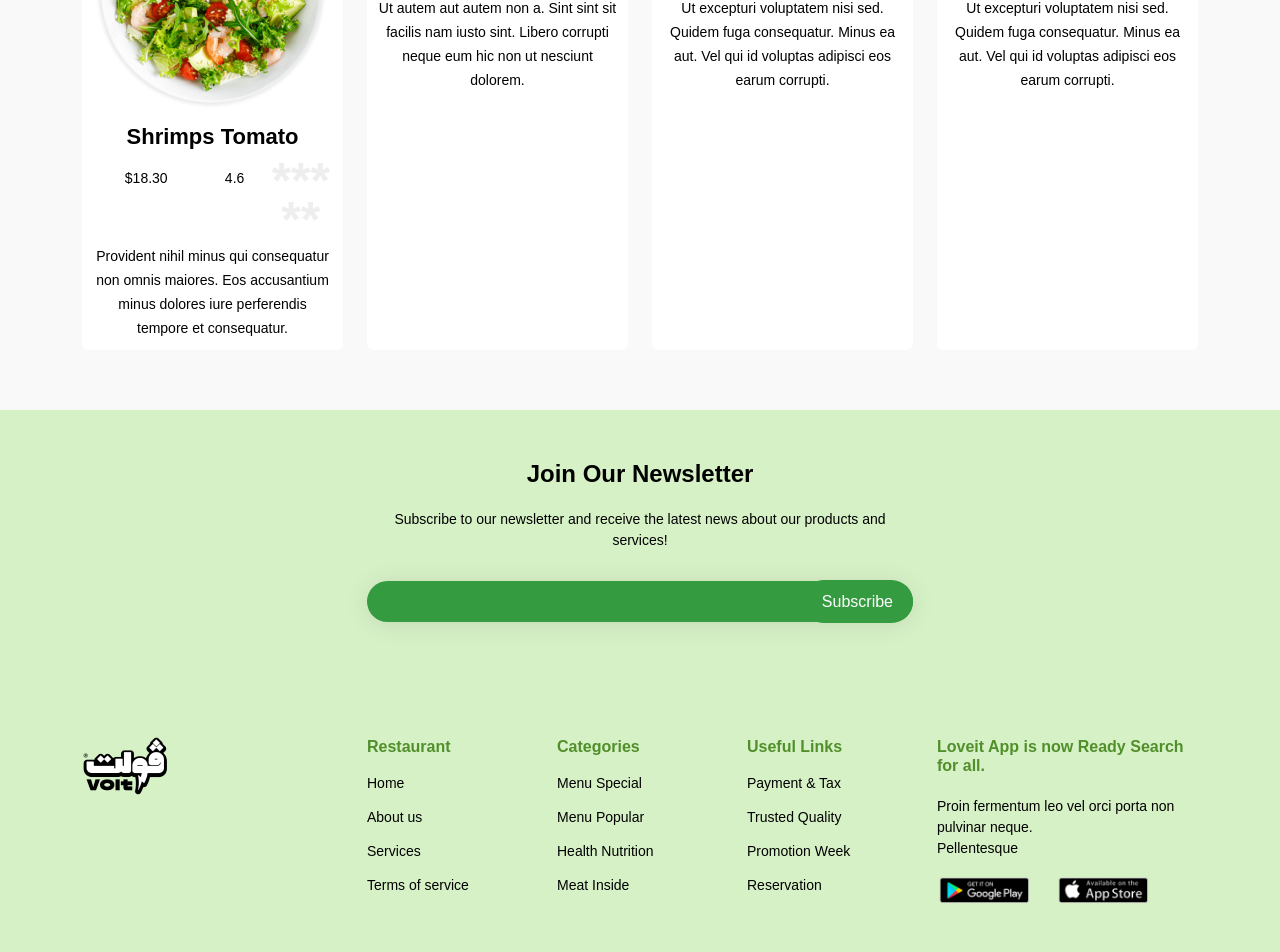
Repository: junivig/volt-new-project
Page: index.html
An editor plug-in stored every save of this project. The page is shown before and after the next save, followed by the edit.
The browser window is 1280 px wide. The pictures show the part of the page from y = 2183 to 3135 px (the page is 3181 px tall before and 3085 px after).

Above is the page before, as saved 2025-01-30 12:34:37.

### index.html
<!DOCTYPE html>
<html lang="en">

<head>
  <meta charset="utf-8">
  <meta content="width=device-width, initial-scale=1.0" name="viewport">
  <title>index - Voltfood</title>
  <meta name="description" content="">
  <meta name="keywords" content="">

  <!-- Favicons -->
  <link href="assets/img/favicon.png" rel="icon">
  <link href="assets/img/apple-touch-icon.png" rel="apple-touch-icon">

  <!-- Fonts -->
  <link href="https://fonts.googleapis.com" rel="preconnect">
  <link href="https://fonts.gstatic.com" rel="preconnect" crossorigin>
  <link href="https://fonts.googleapis.com/css2?family=Roboto:ital,wght@0,100;0,300;0,400;0,500;0,700;0,900;1,100;1,300;1,400;1,500;1,700;1,900&family=Raleway:ital,wght@0,100;0,200;0,300;0,400;0,500;0,600;0,700;0,800;0,900;1,100;1,200;1,300;1,400;1,500;1,600;1,700;1,800;1,900&family=Ubuntu:ital,wght@0,300;0,400;0,500;0,700;1,300;1,400;1,500;1,700&display=swap" rel="stylesheet">

  <!-- Vendor CSS Files -->
  <link href="assets/vendor/bootstrap/css/bootstrap.min.css" rel="stylesheet">
  <link href="assets/vendor/bootstrap-icons/bootstrap-icons.css" rel="stylesheet">
  <link href="assets/vendor/aos/aos.css" rel="stylesheet">
  <link href="assets/vendor/glightbox/css/glightbox.min.css" rel="stylesheet">
  <link href="assets/vendor/swiper/swiper-bundle.min.css" rel="stylesheet">

  <!-- Main CSS File -->
  <link href="assets/css/main.css" rel="stylesheet">

  <!-- =======================================================
  * Template Name: eNno
  * Template URL: https://bootstrapmade.com/enno-free-simple-bootstrap-template/
  * Updated: Aug 07 2024 with Bootstrap v5.3.3
  * Author: BootstrapMade.com
  * License: https://bootstrapmade.com/license/
  ======================================================== -->
</head>

<body class="index-page">

  <header id="header" class="header ">
    <div class="container-fluid  top-header">
      <div class="container-xl">
          <div class="row align-items-center">
              <div class="col-md-8 d-flex align-items-center">
                <nav id="navmenu" class="navmenu">
                  <ul>
                <li class="">
                  <img src="assets/img/location-icon.png" alt="Location Icon" class="icon-right">
                  <span class="top-header-text">Address, Fox 99 Roving St, Big City PKU</span>
              </li>
                <li class="">
                  <img src="assets/img/email-icon.png" alt="Email Icon" class="icon-right">
                  <span class="top-header-text">hello@awesomesite.com</span>
              </li>
              <li class="">
                <img src="assets/img/phone-icon.png" alt="Phone Icon" class="icon-right">
                <span class="top-header-text">+123-234-1234</span>
            </li>
                  </ul>
                </nav>
              </div>
              <div class="col-md-4 text-end">
                  <a href="#" >Register</a>
                  <a href="#">Login</a>
              </div>
          </div>
        </div>
  </div>
    <div class="container-fluid container-xl position-relative d-flex align-items-center">

      <a href="index.html" class="logo d-flex align-items-center me-auto">

        <img src="assets/img/logo.png" alt="Logo Image">
      </a>

      <nav id="navmenu" class="navmenu">
        <ul>
          <li><a href="#hero" class="active">HOMEPAGE</a></li>
          <li><a href="#about">ABOUT US</a></li>
          <li><a href="#services">MENU</a></li>
          <li><a href="#portfolio">MY ACCOUNT</a></li>
          <li><a href="#team">MY CART</a></li>
          <!-- <li class="dropdown"><a href="#"><span>Dropdown</span> <i class="bi bi-chevron-down toggle-dropdown"></i></a>
            <ul>
              <li><a href="#">Dropdown 1</a></li>
              <li class="dropdown"><a href="#"><span>Deep Dropdown</span> <i class="bi bi-chevron-down toggle-dropdown"></i></a>
                <ul>
                  <li><a href="#">Deep Dropdown 1</a></li>
                  <li><a href="#">Deep Dropdown 2</a></li>
                  <li><a href="#">Deep Dropdown 3</a></li>
                  <li><a href="#">Deep Dropdown 4</a></li>
                  <li><a href="#">Deep Dropdown 5</a></li>
                </ul>
              </li>
              <li><a href="#">Dropdown 2</a></li>
              <li><a href="#">Dropdown 3</a></li>
              <li><a href="#">Dropdown 4</a></li>
            </ul>
          </li> -->
        </ul>
        <i class="mobile-nav-toggle d-xl-none bi bi-list"></i>
      </nav>

      <!-- <a class="btn-getstarted" href="index.html#about">Get Started</a> -->

    </div>
  </header>

  <main class="main">

    <!-- Hero Section -->
    <section id="hero" class="hero section bg-image">

      <div class="container">
        <div class="row ">
          <div class="col-lg-6 order-2 order-lg-1 d-flex flex-column justify-content-center" data-aos="fade-up">
            <h1>Discover Food Taste Our <span class="secondary-color">Best</span> Healthy & Tasty.</h1>
            <p>Discover food taste our best integer enim neque volutpat ac morbi
              enim faucibus amet consectetur adipiscing tempus pharetra.</p>
            <div class="d-flex">
              <a href="#about" class="btn-get-started">DISCOVER NOW</a>
              <a href="https://www.youtube.com/watch?v=Y7f98aduVJ8" class="glightbox btn-watch-video d-flex align-items-center"><i class="bi bi-play-circle"></i></a>
            </div>
          </div>
          <div class="col-lg-6 order-1 order-lg-2 hero-img" data-aos="zoom-out" data-aos-delay="100">
            <img src="assets/img/hero-img.png" class="img-fluid " alt="">
          </div>
        </div>
      </div>

    </section><!-- /Hero Section -->

   <!-- Featured Services Section -->
   <section id="featured-services" class="featured-services section ">

    <div class="container">

      <div class="row gy-4">

        <div class="col-lg-4 d-flex" data-aos="fade-up" data-aos-delay="100">
          <div class="service-item position-relative">
            <div class="row">
              <div class="col-lg-6 col-md-6 col-sm-6">
                <p class="features-text">UP TO 35%</p>
                <h4 class="features-heading mt-3">Vegetable & Benefit</h4>
                <div class="icon"><img src="assets/img/button-icon.png" alt="Location Icon" class="icon-right">
                  <span class="features-button-text">READ MORE</span>
                </div>
              </div>
              <div class="col-lg-6 col-md-6 col-sm-6">
                <img src="assets/img/feature-icon-one.png" class="img-fluid " alt="">
              </div>
            </div>
          </div>
        </div><!-- End Service Item -->

        <div class="col-lg-4 d-flex" data-aos="fade-up" data-aos-delay="200">
          <div class="service-item-two position-relative">
            <div class="row">
              <div class="col-lg-6 col-md-6 col-sm-6">
                <p class="features-text">ORGANIC FARM</p>
                <h4 class="features-heading mt-3">Change Fruit Plan</h4>
                <div class="icon"><img src="assets/img/button-icon.png" alt="Location Icon" class="icon-right">
                  <span class="features-button-text">READ MORE</span>
                </div>
              </div>
              <div class="col-lg-6 col-md-6 col-sm-6">
                <img src="assets/img/feature-icon-two.png" class="img-fluid " alt="">
              </div>
            </div>
          </div>
        </div><!-- End Service Item -->

        <div class="col-lg-4 d-flex" data-aos="fade-up" data-aos-delay="300">
          <div class="service-item-three position-relative">
            <div class="row">
              <div class="col-lg-6 col-md-6 col-sm-6">
                <p class="features-text">MEAT TIME</p>
                <h4 class="features-heading mt-3">Totally Meat Inside</h4>
                <div class="icon"><img src="assets/img/button-icon.png" alt="Location Icon" class="icon-right">
                  <span class="features-button-text">READ MORE</span>
                </div>
              </div>
              <div class="col-lg-6 col-md-6 col-sm-6">
                <img src="assets/img/feature-icon-three.png" class="img-fluid " alt="">
              </div>
            </div>
          </div>
        </div><!-- End Service Item -->

      </div>

    </div>

    <div class="container mt-5 inner-features">
      <div class="row gy-4">
        <div class="col-lg-3 d-flex" data-aos="fade-up" data-aos-delay="100">
          <div class="service-item-inner position-relative">
            <div class="row">
              <div class="col-lg-3 col-md-3 col-sm-3">
                <img src="assets/img/inner-features-icon-one.png" class="img-fluid " alt="">
                </div>
              <div class="col-lg-9 col-md-9 col-sm-9">
                <h4 class="features-inner-heading">Organic Farm</h4>
                <p class="features-inner-text">Product Fresh Veggies</p>
              </div>
            </div>
          </div>
        </div><!-- End Service Item -->

        <div class="col-lg-3 d-flex" data-aos="fade-up" data-aos-delay="200">
          <div class="service-item-inner-two position-relative">
            <div class="row">
              <div class="col-lg-3 col-md-3 col-sm-3">
                <img src="assets/img/inner-features-icon-two.png" class="img-fluid " alt="">
                </div>
              <div class="col-lg-9 col-md-9 col-sm-9">
                <h4 class="features-inner-heading-two">Free Delivery</h4>
                <p class="features-inner-text-two">Fast Delivery Order</p>
              </div>
            </div>
          </div>
        </div><!-- End Service Item -->

        <div class="col-lg-3 d-flex" data-aos="fade-up" data-aos-delay="300">
          <div class="service-item-inner-two position-relative">
            <div class="row">
              <div class="col-lg-3 col-md-3 col-sm-3">
                <img src="assets/img/inner-features-icon-three.png" class="img-fluid " alt="">
                </div>
              <div class="col-lg-9 col-md-9 col-sm-9">
                <h4 class="features-inner-heading-two">Promotion Week</h4>
                <p class="features-inner-text-two">Promotion and Discount</p>
              </div>
            </div>
          </div>
        </div><!-- End Service Item -->

        <div class="col-lg-3 d-flex" data-aos="fade-up" data-aos-delay="300">
          <div class="service-item-inner-two position-relative">
            <div class="row">
              <div class="col-lg-3 col-md-3 col-sm-3">
                <img src="assets/img/inner-features-icon-four.png" class="img-fluid " alt="">
                </div>
              <div class="col-lg-9 col-md-9 col-sm-9">
                <h4 class="features-inner-heading-two">Trusted & Quality</h4>
                <p class="features-inner-text-two">Best Quality Restaurant</p>
              </div>
            </div>
          </div>
        </div><!-- End Service Item -->

      </div>

    </div>

  </section>
  <!-- /Featured Services Section -->

     <!-- About Section -->
     <section id="about" class="about section bg-image">
      <div class="container">
        <div class="row ">
          <div class="col-lg-6 " data-aos="zoom-out" data-aos-delay="100">
            <img src="assets/img/about.png" class="img-fluid " alt="">
          </div>
          <div class="col-lg-6 order-2 order-lg-1 d-flex flex-column justify-content-center" data-aos="fade-up">
            <h4 class="about-us-text">About Us</h4>
            <h1>The Best Enjoyable Place Around You.</h1>
            <p>We are the best quality elementum integer enim neque volutpat ac. Morbi
              enim nunc faucibus a. Amet consectetur adipiscing elit duis tempus pharetra.</p>

              <span class="about-inner-text">Massa placerat duis ultricies lacus sed turpis tincidunt id. Interdum varius sit amet
                mattis  enim. Quis hendrerit dolor magna eget est lorem ipsum dolor. Sagittis scelerisque
                purus semper eget duis. Viverra maecenas accumsan lacus vel facilisis volutpat est.
                Ultricies lacus sed turpis tincidunt id aliquet risus feugiat in. Adipiscing elit duis tristique
                sollicitudin nibh sit. Porttitor lacus luctus accumsan tortor.</span>
            <div class="d-flex">
               <!-- Stats Section -->
    <section id="stats" class="stats section">
      <div class="container" data-aos="fade-up" data-aos-delay="100">
        <div class="row gy-4">
          <div class="col-lg-4 col-md-4 col-sm-4">
            <div class="stats-item">
              <span data-purecounter-start="0" data-purecounter-end="108" data-purecounter-duration="1" class="purecounter"></span><span>+</span>
              <p>EXPERT CHEF</p>
            </div>
          </div><!-- End Stats Item -->

          <div class="col-lg-4 col-md-4 col-sm-4">
            <div class="stats-item">
              <span data-purecounter-start="0" data-purecounter-end="140" data-purecounter-duration="1" class="purecounter"></span><span>+</span>
              <p>MENU OF FOOD</p>
            </div>
          </div><!-- End Stats Item -->

          <div class="col-lg-4 col-md-4 col-sm-4">
            <div class="stats-item">
              <span data-purecounter-start="0" data-purecounter-end="3200" data-purecounter-duration="1" class="purecounter"></span><span>+</span>
              <p>ORDER DELIVERED</p>
            </div>
          </div><!-- End Stats Item -->
        </div>

      </div>

    </section>

                </div>
            </div>
          </div>
        </div>
      </div>

    </section><!-- /About Section -->

        <!-- Services Section -->
        <section id="services" class="services section light-background">

          <!-- Section Title -->
          <div class="container section-title" data-aos="fade-up">
            <h4 class="about-us-text">Delicious Food</h4>
            <h2>Our Special Vegans Food.</h2>
          </div><!-- End Section Title -->

          <div class="container">
            <div class="row gy-4">
              <div class="col-lg-3 col-md-6" data-aos="fade-up" data-aos-delay="100">
                <div class="service-item position-relative">
                  <div class="">
                    <img src="assets/img/menu-one.png" class="img-fluid " alt="">
                  </div>
                    <h3>Shrimps Tomato</h3>
                  <div class="row mt-3">
                    <div class="col-6">
                      <p>$18.30</p>
                    </div>
                    <div class="col-2">
                      <p>4.6</p>
                    </div>
                    <div class="col-4 px-0">
                      <span class="star">***</span>
                      <span class="star">**</span>
                    </div>
                  </div>
                  <p>Provident nihil minus qui consequatur non omnis maiores. Eos accusantium minus dolores iure perferendis tempore et consequatur.</p>
                </div>
              </div><!-- End Service Item -->

              <div class="col-lg-3 col-md-6" data-aos="fade-up" data-aos-delay="200">
                <div class="service-item position-relative">
                  <div class="icon">
                    <i class="bi bi-broadcast"></i>
                  </div>
                  <a href="service-details.html" class="stretched-link">
                    <h3>Eosle Commodi</h3>
                  </a>
                  <p>Ut autem aut autem non a. Sint sint sit facilis nam iusto sint. Libero corrupti neque eum hic non ut nesciunt dolorem.</p>
                </div>
              </div><!-- End Service Item -->

              <div class="col-lg-3 col-md-6" data-aos="fade-up" data-aos-delay="300">
                <div class="service-item position-relative">
                  <div class="icon">
                    <i class="bi bi-easel"></i>
                  </div>
                  <a href="service-details.html" class="stretched-link">
                    <h3>Ledo Markt</h3>
                  </a>
                  <p>Ut excepturi voluptatem nisi sed. Quidem fuga consequatur. Minus ea aut. Vel qui id voluptas adipisci eos earum corrupti.</p>
                </div>
              </div><!-- End Service Item -->

              <div class="col-lg-3 col-md-6" data-aos="fade-up" data-aos-delay="300">
                <div class="service-item position-relative">
                  <div class="icon">
                    <i class="bi bi-easel"></i>
                  </div>
                  <a href="service-details.html" class="stretched-link">
                    <h3>Ledo Markt</h3>
                  </a>
                  <p>Ut excepturi voluptatem nisi sed. Quidem fuga consequatur. Minus ea aut. Vel qui id voluptas adipisci eos earum corrupti.</p>
                </div>
              </div><!-- End Service Item -->

            </div>

          </div>

        </section><!-- /Services Section -->

  </main>

  <footer id="footer" class="footer">

    <div class="footer-newsletter">
      <div class="container">
        <div class="row justify-content-center text-center">
          <div class="col-lg-6">
            <h4>Join Our Newsletter</h4>
            <p>Subscribe to our newsletter and receive the latest news about our products and services!</p>
            <form action="forms/newsletter.php" method="post" class="php-email-form">
              <div class="newsletter-form"><input type="email" name="email"><input type="submit" value="Subscribe"></div>
              <div class="loading">Loading</div>
              <div class="error-message"></div>
              <div class="sent-message">Your subscription request has been sent. Thank you!</div>
            </form>
          </div>
        </div>
      </div>
    </div>

    <div class="container footer-top">
      <div class="row gy-4">
        <div class="col-lg-3 col-md-6 footer-about">
          <a href="index.html" class="logo d-flex align-items-center me-auto">
            <img src="assets/img/logo.png" alt="Logo Image">
          </a>

        </div>

        <div class="col-lg-2 col-md-3 footer-links">
          <h4 class="footer-pages-heading">Restaurant</h4>
          <ul>
            <li> <a href="#">Home</a></li>
            <li> <a href="#">About us</a></li>
            <li> <a href="#">Services</a></li>
            <li> <a href="#">Terms of service</a></li>
          </ul>
        </div>

        <div class="col-lg-2 col-md-3 footer-links">
          <h4 class="footer-pages-heading">Categories</h4>
          <ul>
            <li> <a href="#">Menu Special</a></li>
            <li> <a href="#">Menu Popular</a></li>
            <li> <a href="#">Health Nutrition</a></li>
            <li> <a href="#">Meat Inside</a></li>
          </ul>
        </div>
        <div class="col-lg-2 col-md-3 footer-links">
          <h4 class="footer-pages-heading">Useful Links</h4>
          <ul>
            <li> <a href="#">Payment & Tax</a></li>
            <li> <a href="#">Trusted Quality</a></li>
            <li> <a href="#">Promotion Week</a></li>
            <li> <a href="#">Reservation</a></li>
          </ul>
        </div>

        <div class="col-lg-3 col-md-12">
          <h4 class="footer-pages-heading">Loveit App is now Ready Search for all.</h4>
          <p>Proin fermentum leo vel orci porta non pulvinar neque. <br> Pellentesque</p>
          <div class="row">
            <div class="col-lg-5 col-md-6 col-sm-12">
              <img src="assets/img/android.png" alt="Google Play Image" class="mobile-app-image">
           </div>
           <div class="col-lg-5 col-md-6 col-sm-12">
            <img src="assets/img/apple.png" alt="Apple Store Image" class="mobile-app-image">
         </div>
        </div>

      </div>
    </div>
    </div>
    <div class="row copyright mt-4">
      <div class="row">
      <div class="col-lg-6 col-md-12 col-sm-12">
        <p class="mt-2">© 2025<span>Copyright All Rights Reserved</span></p>
      </div>
      <div class="col-lg-3 col-md-12 col-md-12">
      </div>
      <div class="col-lg-3 col-md-12 col-md-12 social-media-icons">
        <div class="social-links d-flex text-end">
          <a href=""><img src="assets/img/facebook.png" alt="Logo Image"></a>
          <a href=""><img src="assets/img/twitter.png" alt="Logo Image"></a>
          <a href=""><img src="assets/img/linkedin.png" alt="Logo Image"></i></a>
          <a href=""><img src="assets/img/youtube.png" alt="Logo Image"></i></a>
        </div>
      </div>
      </div>
    </div>
  </footer>

  <!-- Scroll Top -->
  <a href="#" id="scroll-top" class="scroll-top d-flex align-items-center justify-content-center"><i class="bi bi-arrow-up-short"></i></a>

  <!-- Preloader -->
  <div id="preloader"></div>

  <!-- Vendor JS Files -->
  <script src="assets/vendor/bootstrap/js/bootstrap.bundle.min.js"></script>
  <script src="assets/vendor/php-email-form/validate.js"></script>
  <script src="assets/vendor/aos/aos.js"></script>
  <script src="assets/vendor/glightbox/js/glightbox.min.js"></script>
  <script src="assets/vendor/purecounter/purecounter_vanilla.js"></script>
  <script src="assets/vendor/imagesloaded/imagesloaded.pkgd.min.js"></script>
  <script src="assets/vendor/isotope-layout/isotope.pkgd.min.js"></script>
  <script src="assets/vendor/swiper/swiper-bundle.min.js"></script>

  <!-- Main JS File -->
  <script src="assets/js/main.js"></script>

</body>

</html>

Loaded but not shown: assets/vendor/bootstrap/css/bootstrap.min.css (library); assets/vendor/bootstrap-icons/bootstrap-icons.css (library); assets/vendor/aos/aos.css (library); assets/vendor/glightbox/css/glightbox.min.css (library); assets/vendor/swiper/swiper-bundle.min.css (library); assets/vendor/bootstrap/js/bootstrap.bundle.min.js (library); assets/vendor/php-email-form/validate.js (common file); assets/vendor/aos/aos.js (library); assets/vendor/glightbox/js/glightbox.min.js (library); assets/vendor/purecounter/purecounter_vanilla.js (library); assets/vendor/imagesloaded/imagesloaded.pkgd.min.js (library); assets/vendor/isotope-layout/isotope.pkgd.min.js (library); assets/vendor/swiper/swiper-bundle.min.js (library); assets/js/main.js (209 lines, source omitted); assets/css/main.css (1986 lines, source omitted)

After the next save:
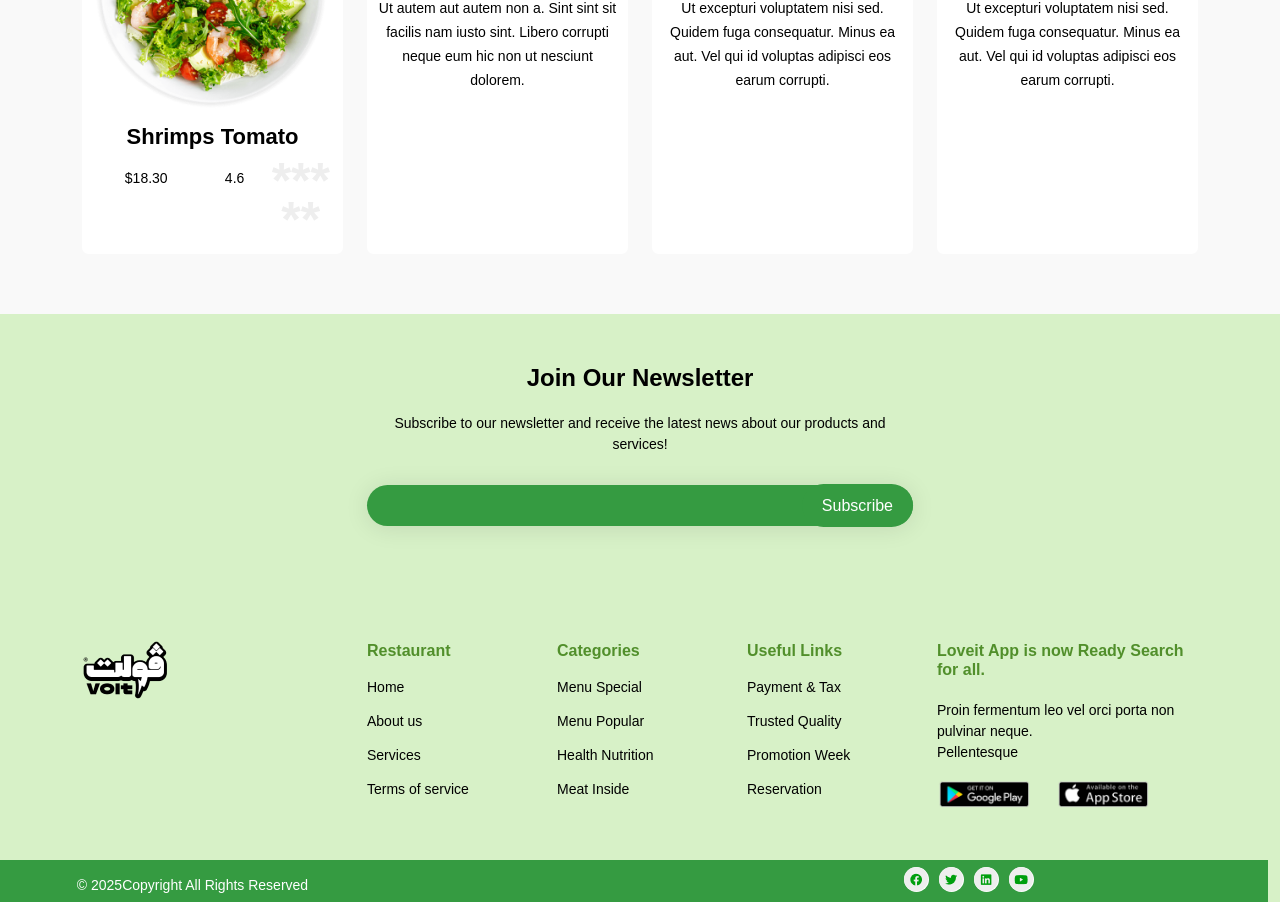
Saved 10 s later.
--- a/index.html
+++ b/index.html
@@ -344,7 +344,6 @@
                       <span class="star">**</span>
                     </div>
                   </div>
-                  <p>Provident nihil minus qui consequatur non omnis maiores. Eos accusantium minus dolores iure perferendis tempore et consequatur.</p>
                 </div>
               </div><!-- End Service Item -->
 
